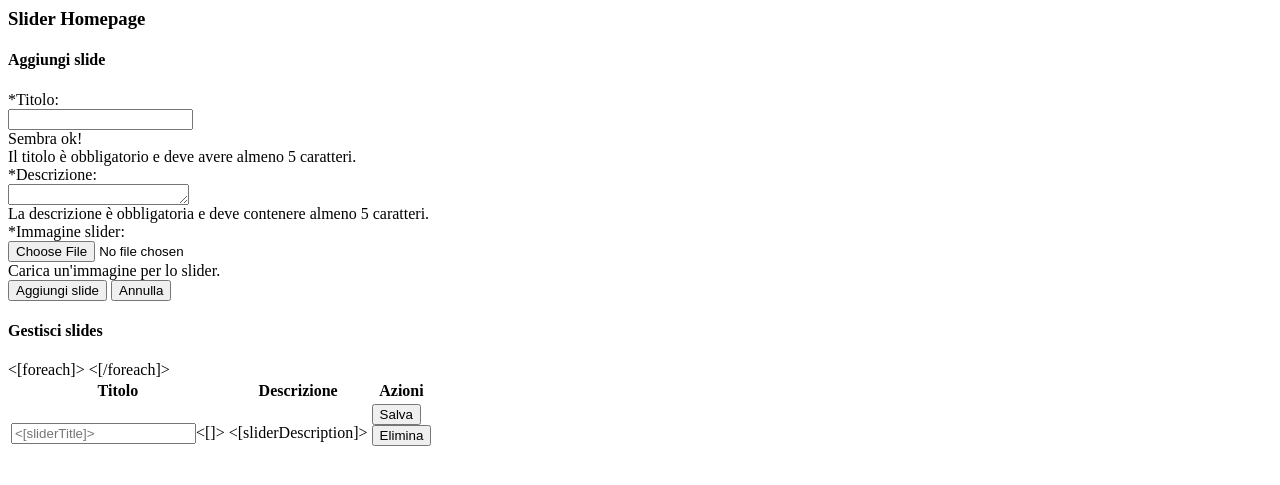
Repository: i4c0ni99/MotorShop
Page: skins/multikart_all_in_one/back-end/home-customizer.html
These files come from the project's save history. The page is drawn as it stood at one moment and after the next save; the edit follows.
The browser window is 1280 px wide. The pictures show the whole page.

Above is the page before, as saved 2024-10-31 19:15:30.

### skins/multikart_all_in_one/back-end/home-customizer.html
<div class="page-body">
    <!-- Container-fluid starts-->
    <div class="container-fluid">
        <div class="page-header">
            <div class="row">
                <div class="col-lg-6">
                    <div class="page-header-left">
                        <h3>Slider Homepage</h3>
                    </div>
                </div>
            </div>
        </div>
    </div>
    <!-- Container-fluid Ends-->

    <!-- Container-fluid starts-->
    <div class="container-fluid">
        <div class="row">
            <div class="col-sm-12">
                <div class="card">
                    <div class="card-body">
                        <div class="row product-adding">
                            <div class="col-xl-7">
                                <form class="needs-validation add-slider-form" novalidate method="post" enctype="multipart/form-data" action="/MotorShop/home-customizer.php">
                                    <div class="form">
                                        <h4>Aggiungi slide</h4>
                                        <div class="form-group mb-3 row">
                                            <label for="title" class="col-xl-3 col-sm-4 mb-0"><span>*</span>Titolo:</label>
                                            <div class="col-xl-8 col-sm-7">
                                                <input class="form-control" id="title" type="text" name="title" pattern=".{5,}" minlength="2" title="Il titolo deve avere almeno 5 caratteri" required="true">
                                                <div class="valid-feedback">Sembra ok!</div>
                                                <div class="invalid-feedback">Il titolo è obbligatorio e deve avere almeno 5 caratteri.</div>
                                            </div>
                                        </div>
                                    </div>
                                    <div class="form">
                                        <div class="form-group mb-3 row">
                                            <label for="description" class="col-xl-3 col-sm-4"><span>*</span>Descrizione:</label>
                                            <div class="col-xl-8 col-sm-7 description-sm">
                                                <textarea id="description" name="description" class="form-control" style="resize: vertical;" rows="1" minlength="5" maxlength="255" required="true"></textarea>
                                                <div class="invalid-feedback">La descrizione è obbligatoria e deve contenere almeno 5 caratteri.</div>
                                            </div>
                                        </div>

                                        <div class="form-group mb-3 row">
                                            <label for="productImage" class="col-xl-3 col-sm-4 mb-0"><span>*</span>Immagine slider:</label>
                                            <div class="col-xl-8 col-sm-7">
                                                <input class="form-control-file" id="image" value="<[image]>" type="file" name="image" accept="image/*" required="true" >
                                                <div class="invalid-feedback offset-sm-4 offset-xl-3">Carica un'immagine per lo slider.</div>
                                            </div>
                                        </div>

                                        <div class="offset-xl-3 offset-sm-4 mt-4">
                                            <button type="submit" name="submit" class="btn btn-primary">Aggiungi slide</button>
                                            <button type="reset" class="btn btn-light">Annulla</button>
                                        </div>

                                    </div>
                                </form>
                                <div>
                                </div>
                            </div>
                        </div>
                    </div>
                </div>
            </div>
        </div>
    </div>
    <!-- Container-fluid Ends-->

<!-- Container-fluid starts-->
<div class="container-fluid">
    <div class="row">
        <div class="col-sm-12">
            <div class="card">
                <div class="card-header">
                    <b><h4>Gestisci slides</h4></b>
                </div>
                <div class="card-body">
                    <div class="table-responsive table-desi">
                        <table class="display table table-striped" id="basic-1">
                            <thead>
                                <tr>
                                    <th>Titolo</th>
                                    <th>Descrizione</th>
                                    <th>Azioni</th>
                                </tr>
                            </thead>
                            <tbody>
                                <!-- Ciclo per le slide -->
                                <[foreach]>
                                <tr data-row-id="<[sliderId]>">
                                    <form method="post" action="/MotorShop/home-customizer.php">
                                    <td><input type="text" name="title" placeholder="<[sliderTitle]>" pattern=".{5,}" minlength="2" required="true"><[]></td>
                                    <td><[sliderDescription]></td>
                                    <td><input type="hidden" name="sliderId" value="<[sliderId]>">
                                    <button type="submit" name="edit" class="btn btn-primary btn-block">Salva</button>
                                    </form>
                                        <form method="post" action="/MotorShop/home-customizer.php">
                                            <input type="hidden" name="sliderId" value="<[sliderId]>">
                                            <button type="submit" name="delete" class="btn btn-danger">Elimina</button>
                                        </form>
                                    </td>
                                </tr>
                                <[/foreach]>
                            </tbody>
                        </table>
                    </div>
                </div>
            </div>
        </div>
    </div>
</div>
<!-- Container-fluid Ends-->

</div>

After the next save:
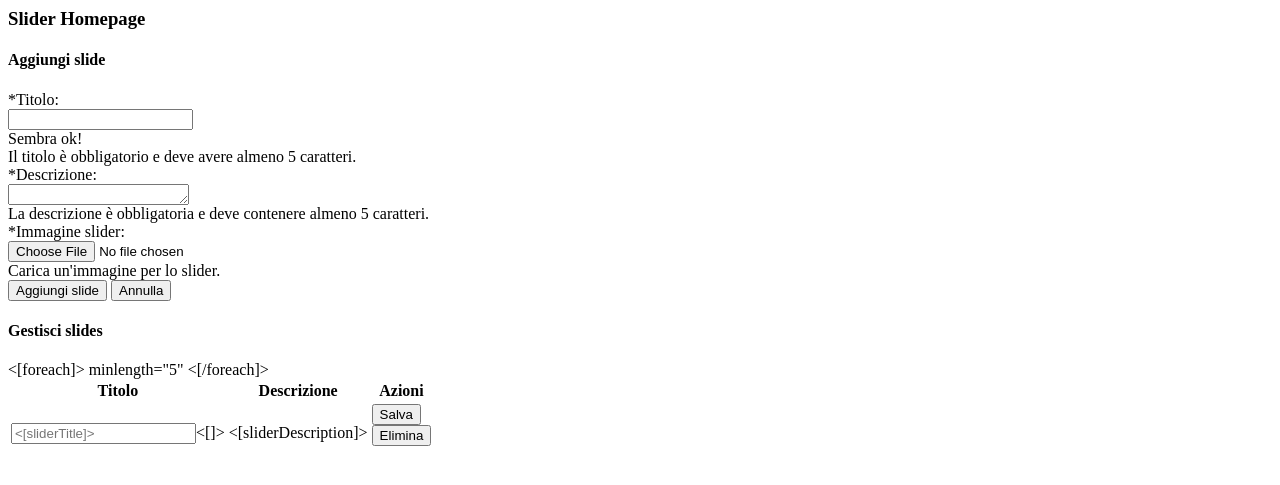
Saved 22 s later.
--- a/skins/multikart_all_in_one/back-end/home-customizer.html
+++ b/skins/multikart_all_in_one/back-end/home-customizer.html
@@ -90,7 +90,7 @@
                                 <!-- Ciclo per le slide -->
                                 <[foreach]>
                                 <tr data-row-id="<[sliderId]>">
-                                    <form method="post" action="/MotorShop/home-customizer.php">
+                                    <form method="post" action="/MotorShop/home-customizer.php">minlength="5"
                                     <td><input type="text" name="title" placeholder="<[sliderTitle]>" pattern=".{5,}" minlength="2" required="true"><[]></td>
                                     <td><[sliderDescription]></td>
                                     <td><input type="hidden" name="sliderId" value="<[sliderId]>">
